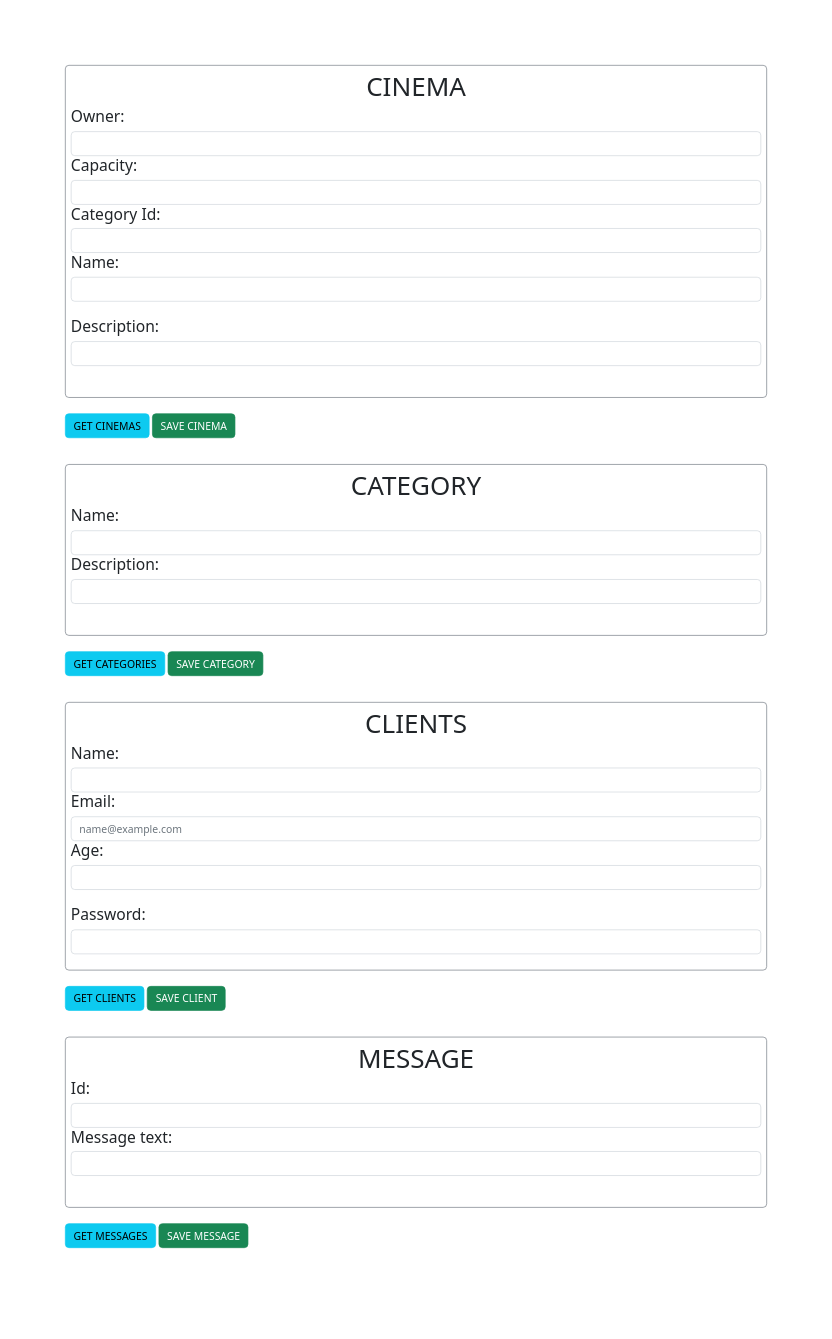
Repository: almendezl/MisionTIC
Page: index.html
The author's editor kept a copy of each file at every save. The page is drawn from the files as they stood at one save, then again after the next save.
The browser window is 1280 px wide. The pictures show the whole page, at 65% of full size.

Above is the page before, as saved 2022-10-10 13:14:24.

### index.html
<html lang="en">
<head>
    <meta charset="UTF-8">
    <meta http-equiv="X-UA-Compatible" content="IE=edge">
    <meta name="viewport" content="width=device-width, initial-scale=1.0">
    <link rel="stylesheet" href="styles.css">
    <title>MISION TIC 2022 RETO 2</title>
</head>
<script src="https://cdn.jsdelivr.net/npm/axios/dist/axios.min.js"></script>
<!-- add jquery api -->
<script src="https://ajax.googleapis.com/ajax/libs/jquery/3.6.1/jquery.min.js"></script>
<!-- add bootstrap -->
<link href="https://cdn.jsdelivr.net/npm/bootstrap@5.2.1/dist/css/bootstrap.min.css" rel="stylesheet" integrity="sha384-iYQeCzEYFbKjA/T2uDLTpkwGzCiq6soy8tYaI1GyVh/UjpbCx/TYkiZhlZB6+fzT" crossorigin="anonymous">
<!-- add the file with the script -->
<script type="text/javascript" src="myScript.js"></script>
<body>
    <!-- cinema front -->
    <div class=" p-2 rounded border border-secondary" >
        <h1 class="text-center">CINEMA</h1>
        <form action="">

            <div class="form-group">
                <h4 class="label label-default" >Owner: </h4>
                <input class="form-control" type="text" id="cinemaOwner">
            </div>

            <div class="form-group">
                <h4 class="label label-default" >Capacity: </h4>
                <input class="form-control" type="number" id="cinemaCapacity" >
            </div>

            <div class="form-group">
                <h4 class="label label-default" >Category Id: </h4>
                <input class="form-control" type="number" id="cinemaCategory">
            </div>

            <div class="form-group">
                <h4 class="label label-default" >Name: </h4>
                <input class="form-control" type="text" id="cinemaName"><br>
            </div>
            <div class="form-group">
                <h4 class="label label-default" >Description: </h4>
                <input class="form-control" type="text" id="cinemaDescription"><br>
            </div>

        </form>
    </div>
    <br>
    <div id="cinemaAlert">

    </div>

    <button class="btn btn-info" onclick="getCinemas()">GET CINEMAS</button>

    <button class="btn btn-success" onclick="setCinema()">SAVE CINEMA</button><br>

    <div id="editCinema">
        <br>

    </div>



    <table class="table table-striped" id="cinemasList">

    </table>
<!-- Category front  -->
<div class=" p-2 rounded border border-secondary" >
    <h1 class="text-center">CATEGORY</h1>

    <form action="" >
        <div class="form-group">
            <h4 class="label label-default" >Name: </h4>
            <input class="form-control" type="text" id="categoryName">
        </div>

        <div class="form-group">
            <h4 class="label label-default" >Description: </h4>
            <input class="form-control" type="text" id="categoryDescription"><br>
        </div>


    </form>
</div>
<br>

<div id="categoryAlert">

</div>



<button class="btn btn-info" onclick="getCategory()">GET CATEGORIES</button>

<button class="btn btn-success" onclick="setCategory()">SAVE CATEGORY</button>

<div id="editCategory">
    <br>

</div>

<table class="table table-striped" id="categoryList">


</table>
    <!-- Clients front  -->
    <div class=" p-2 rounded border border-secondary" >
    <h1 class="text-center">CLIENTS</h1>
        <form action="">


            <div class="form-group">
                <h4 class="label label-default" >Name: </h4>
                <input class="form-control" type="text" id="clientName">
            </div>

            <div class="form-group">
                <h4 class="label label-default" >Email: </h4>
                <input class="form-control" type="text" id="clientEmail" placeholder="name@example.com">
            </div>

            <div class="form-group">
                <h4 class="label label-default" >Age: </h4>
                <input class="form-control" type="number" id="clientAge"><br>
            </div>
            <div class="form-group">
                <h4 class="label label-default" >Password: </h4>
                <input class="form-control" type="password" id="clientPassword">
            </div>

        </form>
    </div>
    <br>

    <div id="clientAlert">

    </div>

    <button class="btn btn-info" onclick="getClients()">GET CLIENTS</button>

    <button class="btn btn-success" onclick="setClient()">SAVE CLIENT</button>

    <div id="editClient">
        <br>

    </div>

    <table class="table table-striped" id="clientsList">


    </table>

    <!-- Message front  -->
    <div class=" p-2 rounded border border-secondary" >
        <h1 class="text-center">MESSAGE</h1>

        <form action="" >
            <div class="form-group">
                <h4 class="label label-default" >Id: </h4>
                <input class="form-control" type="number" id="messageId">
            </div>

            <div class="form-group">
                <h4 class="label label-default" >Message text: </h4>
                <input class="form-control" type="text" id="messageText"><br>
            </div>


        </form>
    </div>
    <br>

    <div id="messageAlert">

    </div>



    <button class="btn btn-info" onclick="getMessages()">GET MESSAGES</button>

    <button class="btn btn-success" onclick="setMessage()">SAVE MESSAGE</button>

    <div id="editMessage">
        <br>

    </div>

    <table class="table table-striped" id="messagesList">


    </table>




</body>
</html>

### styles.css
body {

    padding: 100px 100px;
  }

Loaded but not shown: myScript.js (773 lines, source omitted)

After the next save:
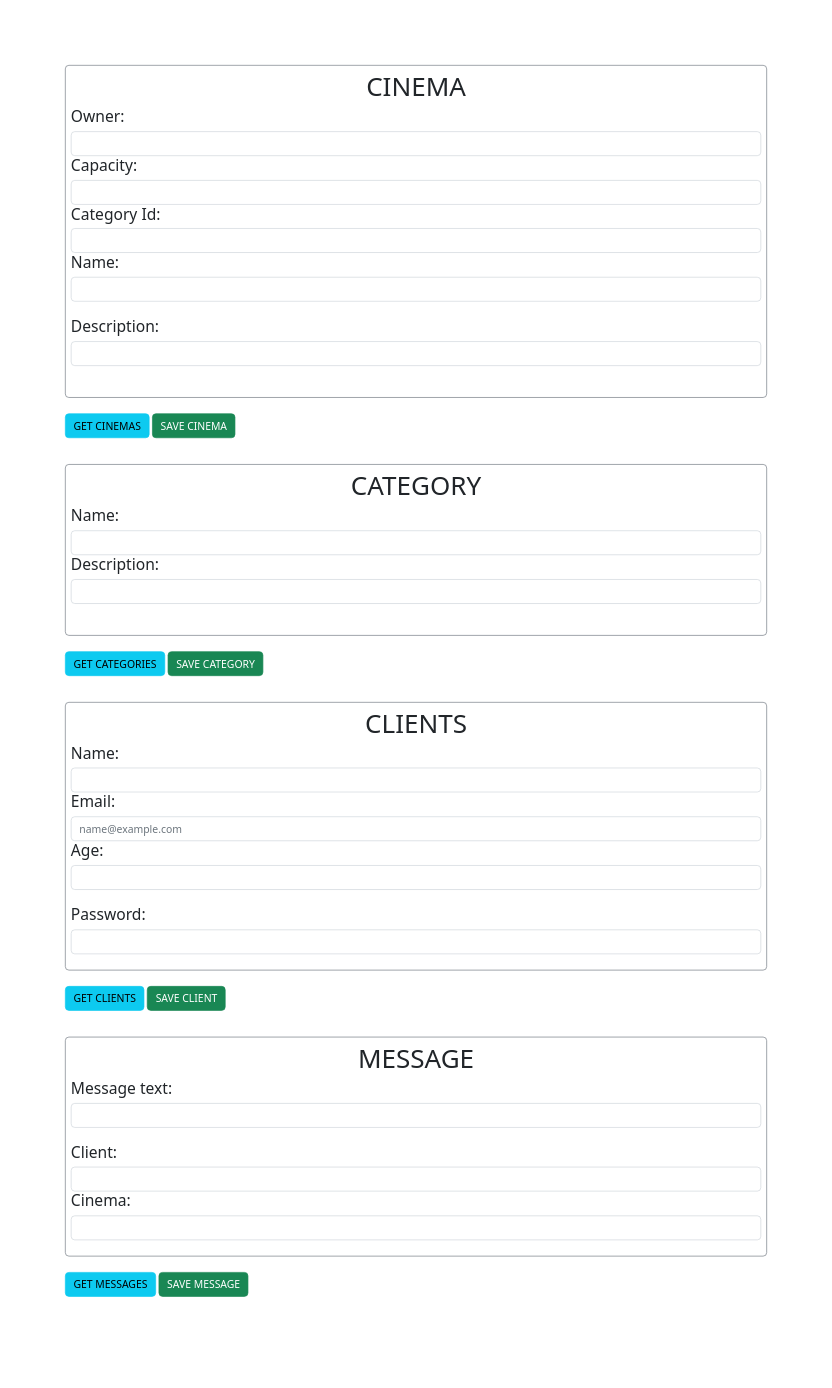
Saved 13 s later.
--- a/index.html
+++ b/index.html
@@ -155,16 +155,23 @@
         <h1 class="text-center">MESSAGE</h1>
 
         <form action="" >
-            <div class="form-group">
-                <h4 class="label label-default" >Id: </h4>
-                <input class="form-control" type="number" id="messageId">
-            </div>
+
 
             <div class="form-group">
                 <h4 class="label label-default" >Message text: </h4>
                 <input class="form-control" type="text" id="messageText"><br>
             </div>
 
+            <div class="form-group">
+                <h4 class="label label-default" >Client: </h4>
+                <input class="form-control" type="number" id="messageId">
+            </div>
+
+            <div class="form-group">
+                <h4 class="label label-default" >Cinema: </h4>
+                <input class="form-control" type="number" id="messageId">
+            </div>
+
 
         </form>
     </div>
